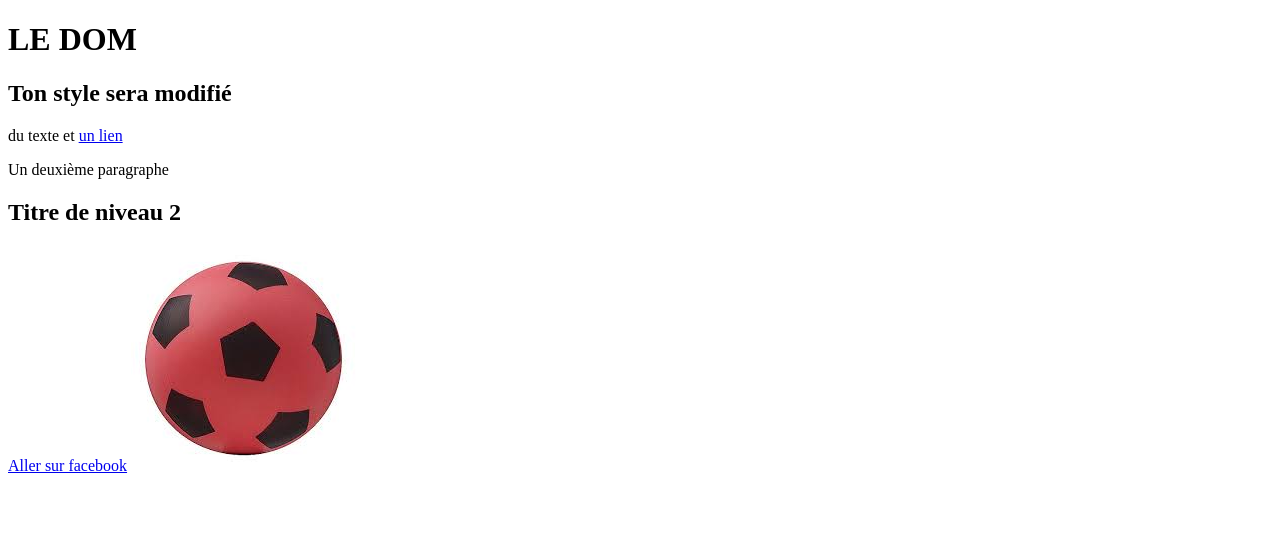
Repository: serviceshuios/Git-Aix-Web
Page: avance-html-css-js/WebContent/index.html
These files come from the project's save history. The page is drawn as it stood at one moment and after the next save; the edit follows.
The browser window is 1280 px wide. The pictures show the whole page.

Above is the page before, as saved 2018-10-24 14:37:14.

### avance-html-css-js/WebContent/index.html
<!DOCTYPE html>
<html>
	<head>
		<meta charset="utf-8"/>
		<title>MODIFICATION HTML</title>
		<link rel="stylesheet" href="css/style.css"/>

	</head>
	<body>
		<h1 id="gros_titre">LE DOM</h1>
		<h2>Ton style sera modifié</h2>
		<p>du texte et <a href="http://www.google.com">un lien</a></p>
		<p>Un deuxième paragraphe</p>
		<p class="maClasse">Un troisième paragraphe</p>
		<h2 class="maClasse">Titre de niveau 2</h2>
		<a href="http://www.facebook.com">Aller sur facebook</a>
		<img src="img/ballon1.jpg" alt="Ballon"/>
<!-- 		<script src="js/script.js"></script> -->
<!-- 		<script src="js/modification.js"></script> -->
<!-- 		<script src="js/ajout.js"></script> -->
			<script src="js/suppression.js"></script>
	</body>
</html>

### avance-html-css-js/WebContent/css/style.css
@charset "utf-8";
.modif {
	background-color: yellow;
	font-size: 40px;
	text-transform: uppercase;
	text-align: center;
}
.maClasse {

}

#para {
	text-transform: uppercase;
}

### avance-html-css-js/WebContent/js/suppression.js
// chercher le parent
var parent = document.body;
// chercher élement à supprimer
var enfant = document.querySelector(".maClasse");
//suppression
parent.removeChild(enfant);

After the next save:
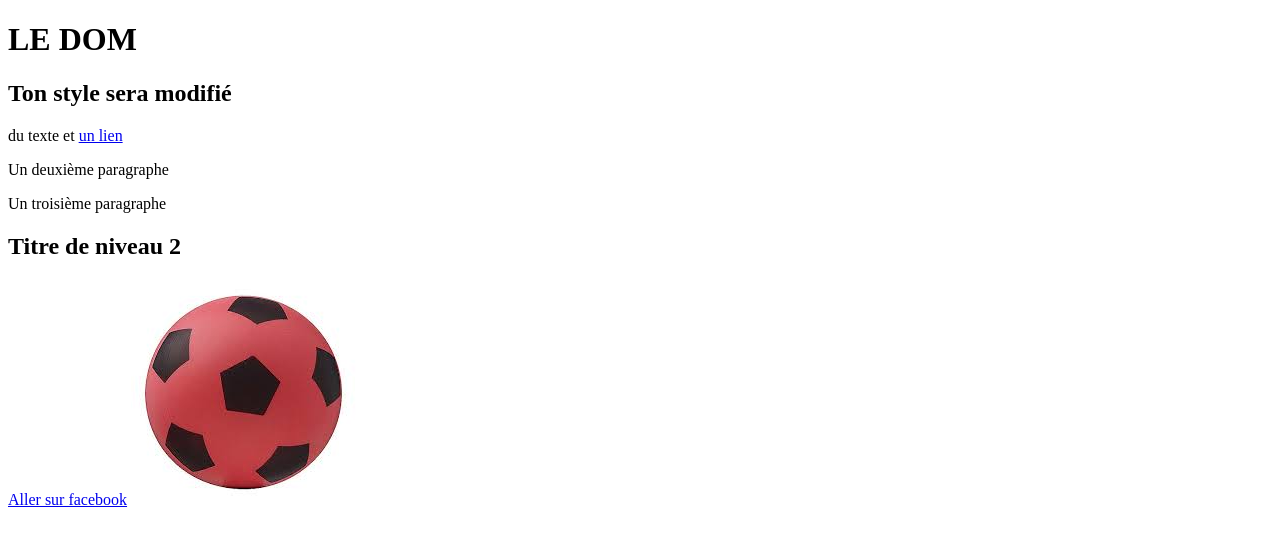
Saved 116 s later.
--- a/avance-html-css-js/WebContent/index.html
+++ b/avance-html-css-js/WebContent/index.html
@@ -18,6 +18,6 @@
 <!-- 		<script src="js/script.js"></script> -->
 <!-- 		<script src="js/modification.js"></script> -->
 <!-- 		<script src="js/ajout.js"></script> -->
-			<script src="js/suppression.js"></script>
+<!-- 		<script src="js/suppression.js"></script> -->
 	</body>
 </html>
